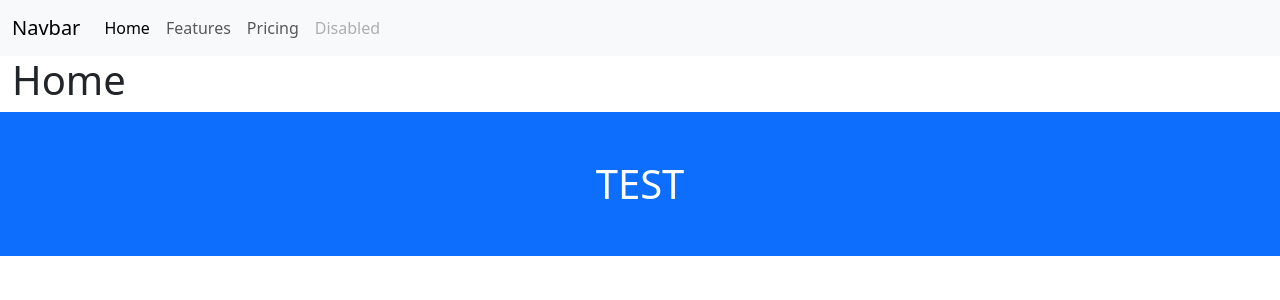
Repository: ldj0905/javaproject
Page: http://localhost/lab05_jsp/
The author's editor kept a copy of each file at every save. The page is drawn from the files as they stood at one save, then again after the next save.
The browser window is 1280 px wide. The pictures show the whole page.
The page is served by Tomcat 10.

Above is the page before, as saved 2024-05-28 06:03:01.

After the next save:
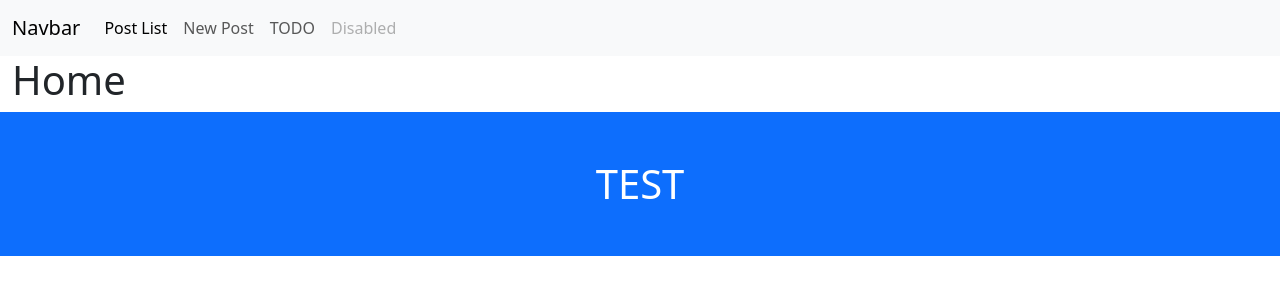
Saved 3 min 51 s later.
--- a/lab05_jsp/src/main/webapp/WEB-INF/views/home.jsp
+++ b/lab05_jsp/src/main/webapp/WEB-INF/views/home.jsp
@@ -25,10 +25,10 @@
         <div class="collapse navbar-collapse" id="navbarNav">
             <ul class="navbar-nav">
                 <li class="nav-item"><a class="nav-link active"
-                    aria-current="page" href="#">Home</a></li>
-                <li class="nav-item"><a class="nav-link" href="#">Features</a>
+                    aria-current="page" href="#">Post List</a></li>
+                <li class="nav-item"><a class="nav-link" href="#">New Post</a>
                 </li>
-                <li class="nav-item"><a class="nav-link" href="#">Pricing</a>
+                <li class="nav-item"><a class="nav-link" href="#">TODO</a>
                 </li>
                 <li class="nav-item"><a class="nav-link disabled"
                     aria-disabled="true">Disabled</a></li>
